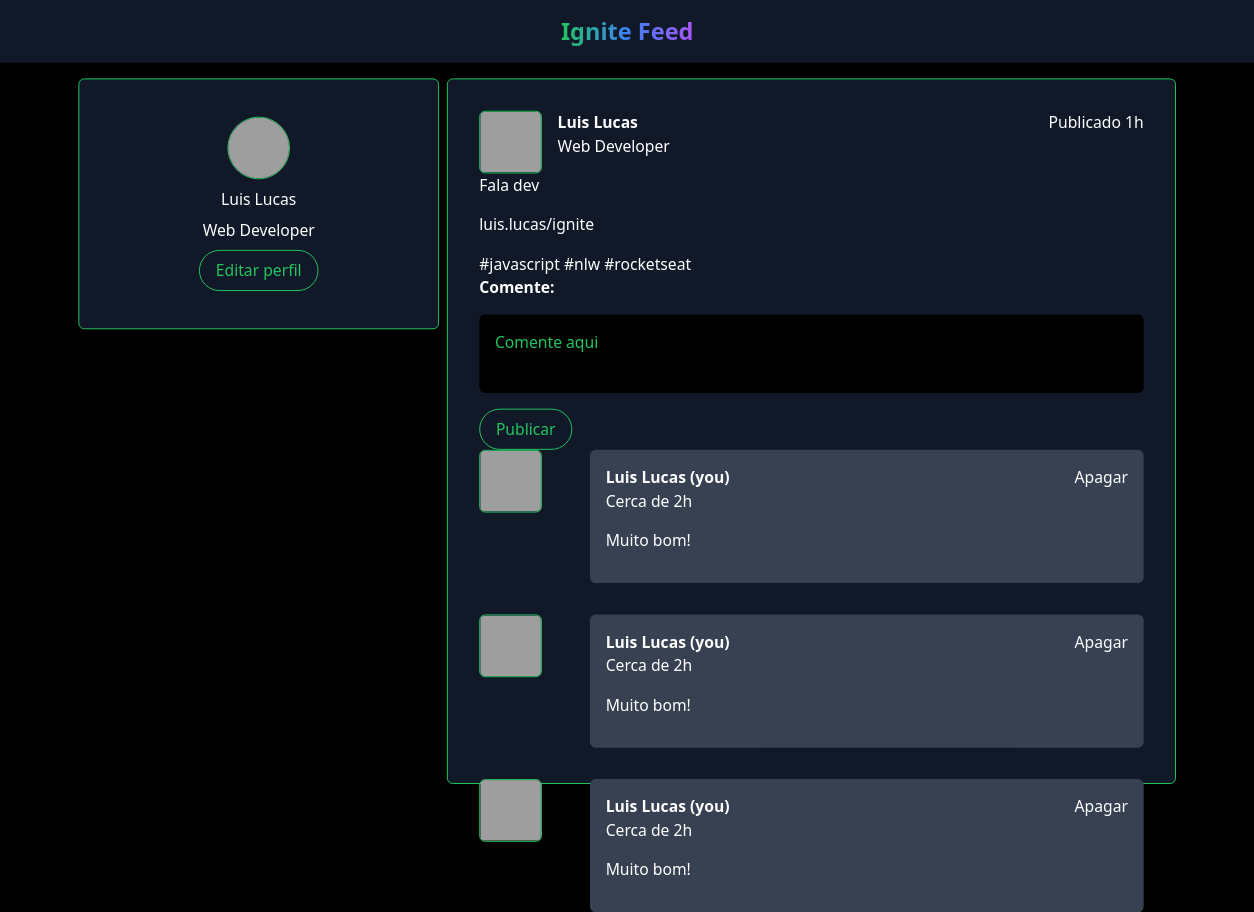
Repository: LuisSempre/ignite-feed
Page: /
An editor plug-in stored every save of this project. The page is shown before and after the next save, followed by the edit.
The browser window is 1280 px wide. The pictures show the whole page, at 98% of full size.
Pictures or frames that could not be fetched are drawn as grey boxes. The project was rebuilt for these pictures with package versions that can differ from the ones it lists, and the page was loaded fresh each time. Also part of the build but not shown: vite.config.js.

Above is the page before, as saved 2022-07-14 21:48:35.

### src/App.jsx
import { Header } from "./Components/Header"
import { Sidebar } from "./Components/Sidebar"
import { Post } from "./Components/Post"

function App() {
  return (
    <div>
      <Header />
      <div className="grid items-start max-w-6xl grid-cols-3 gap-2 p-4 mx-auto">
        <Sidebar />
        <div className="col-span-2">
         <Post />
        </div>
      </div>
    </div>
  );
}

export default App;

### src/index.css
@tailwind base;
@tailwind components;
@tailwind utilities;

body {
    @apply bg-black text-white;
}

### src/Components/Header.jsx
export function Header() {
  return (
    <div className="flex items-center justify-center h-16 bg-gray-900 mx-auto w-full">
      <h1 className="text-2xl font-bold text-transparent bg-clip-text bg-gradient-to-r from-green-500  via-blue-500 to-purple-500">Ignite Feed</h1>
    </div>
  )
}

### src/Components/Sidebar.jsx
export function Sidebar() {
  return (
    <div className="rounded-md bg-gray-900 justify-center items-center flex flex-col text-center h-64 space-y-2  border border-green-500">
        <img
          className="w-16 h-16 rounded-full overflow-hidden object-cover border border-green-500"
          src="https://avatars.githubusercontent.com/u/32404639?v=4"
          alt=""
        />
        <h1>Luis Lucas</h1>
        <span>Web Developer</span>
        <a
          href=""
          className="border border-green-500 px-4 py-2 rounded-full text-green-500"
        >
          Editar perfil
        </a>
    </div>
  );
}

### src/Components/Post.jsx
import { Comment } from "./Comment";

export function Post() {
  return (
    <div className="h-screen p-8 bg-gray-900 border border-green-500 rounded-md ">
      <div className="flex justify-between ">
        <div className="flex gap-4">
          <img
            className="w-16 h-16 border border-green-500 rounded-md"
            src="https://github.com/luissempre.png"
            alt=""
          />
          <div className="flex flex-col">
            <strong>Luis Lucas </strong>
            <span>Web Developer</span>
          </div>
        </div>
        <div>
          <time dataTime="2022-05-11 08:13:00">Publicado 1h</time>
        </div>
      </div>
      <div className="space-y-4">
        <p>Fala dev</p>
        <p>luis.lucas/ignite</p>
        <p>#javascript #nlw #rocketseat</p>
      </div>

      <form className="flex flex-col items-start justify-start space-y-4">
        <strong>Comente:</strong>
        <textarea
          className="w-full p-4 placeholder-green-500 bg-black rounded-md resize-none focus:-green-500"
          placeholder="Comente aqui"
        />
        <button
          type="submit"
          className="px-4 py-2 text-green-500 border border-green-500 rounded-full"
        >
          Publicar
        </button>
      </form>
      <div className="space-y-8">
        <Comment />
        <Comment />
        <Comment />
      </div>
    </div>
  );
}

### src/Components/Comment.jsx
export function Comment() {
  return (
    <div className="grid grid-cols-6 gap-0">
      <div>
        <img
          className="w-16 h-16 border border-green-500 rounded-md"
          src="https://github.com/luissempre.png"
          alt=""
        />
      </div>
      <div className="col-span-5 p-4 bg-gray-700 rounded-md">
        <div className="flex justify-between">
          <div className="flex gap-4">
            <div className="flex flex-col">
              <strong>Luis Lucas (you) </strong>
              <span>Cerca de 2h</span>
              <div className="py-4">
                <p>Muito bom!</p>
              </div>
            </div>
          </div>
          <div>
            <time dataTime="2022-05-11 08:13:00">Apagar</time>
          </div>
        </div>
      </div>
    </div>
  );
}

Loaded but not shown: index.html (common file); src/main.jsx (common file); tailwind.config.js (common file)

After the next save:
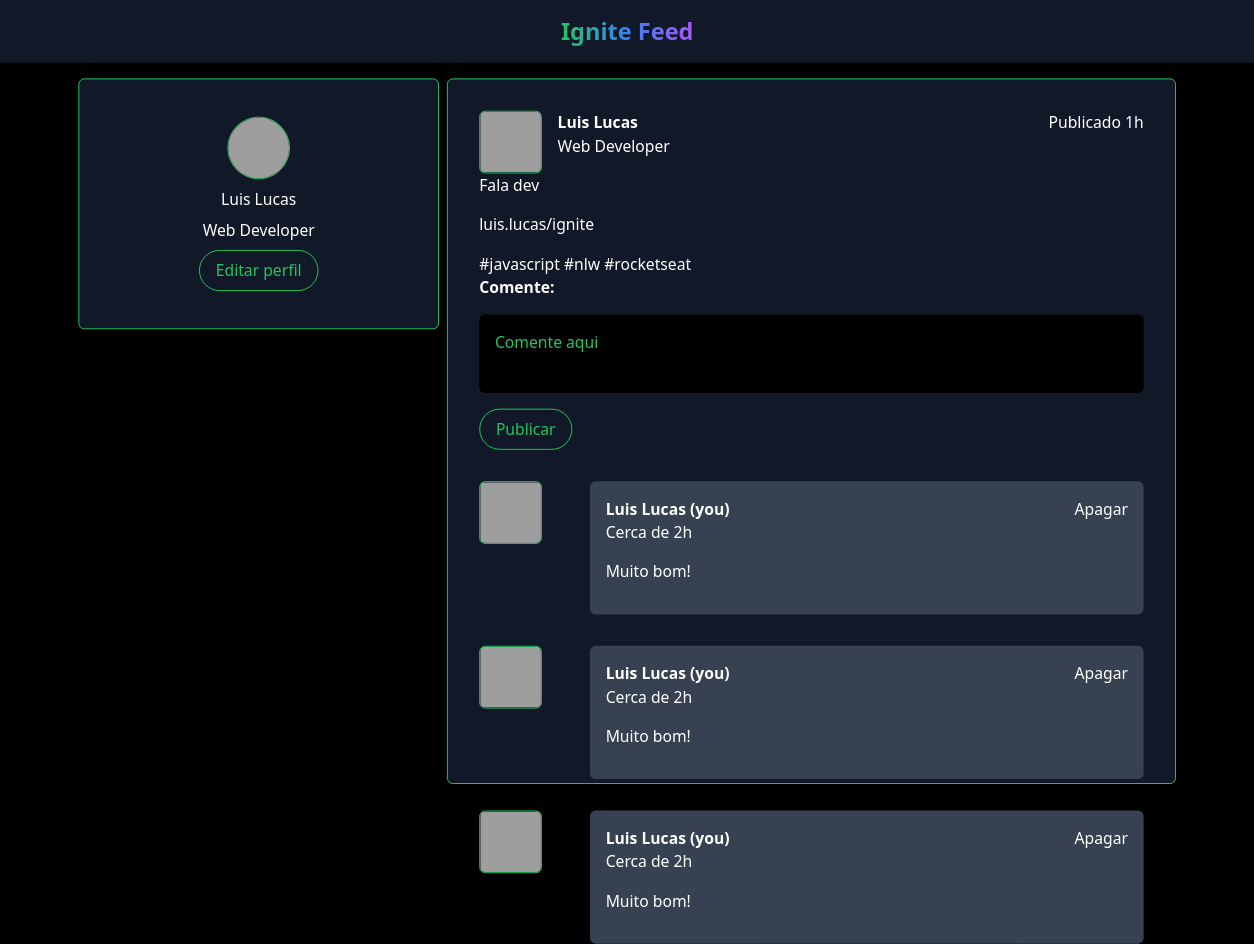
Saved 10 s later.
--- a/src/Components/Post.jsx
+++ b/src/Components/Post.jsx
@@ -38,7 +38,7 @@ export function Post() {
           Publicar
         </button>
       </form>
-      <div className="space-y-8">
+      <div className="mt-8 space-y-8">
         <Comment />
         <Comment />
         <Comment />
